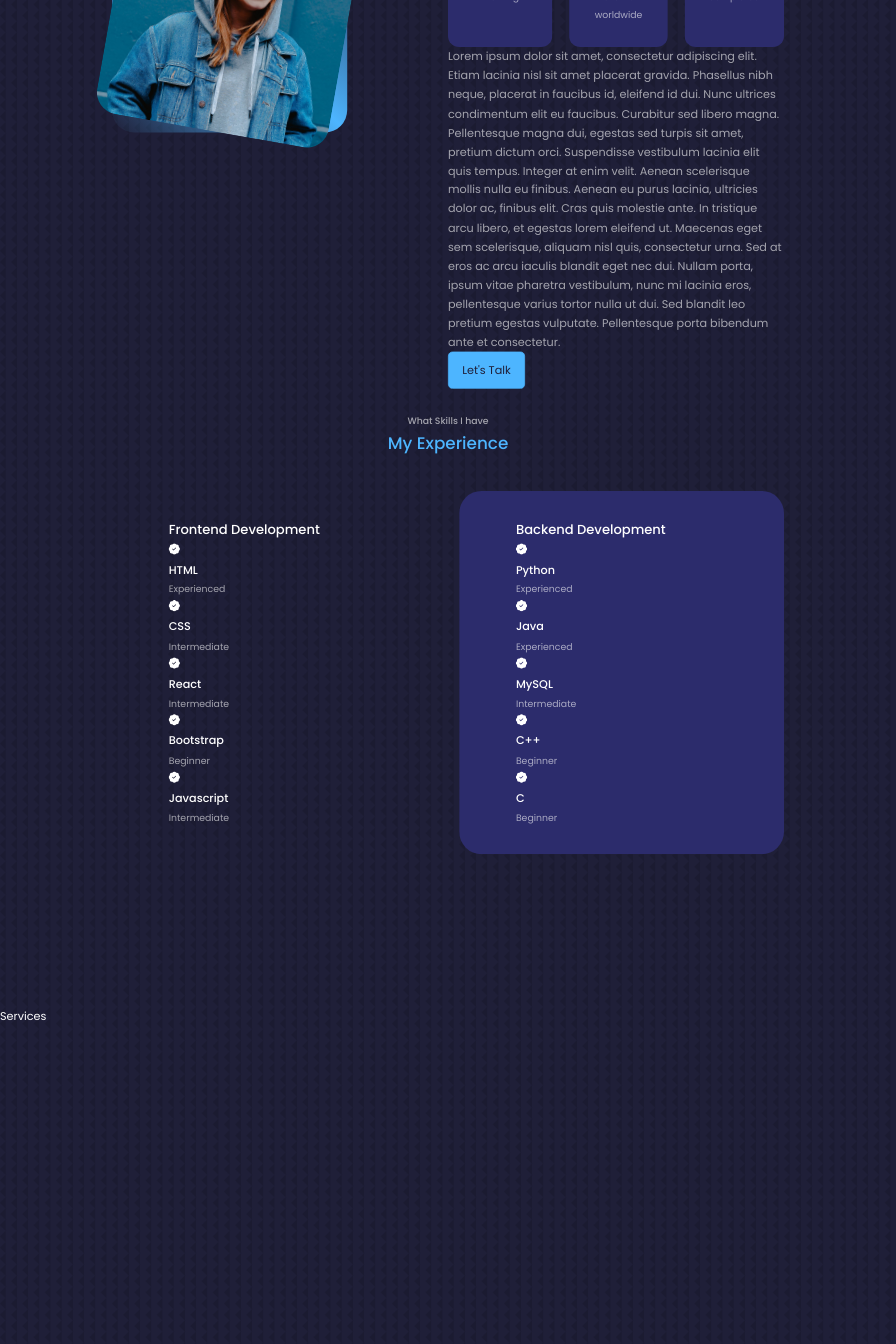
Repository: smallchungus/resumeWebsite
Page: / (app in hello/)
These files come from the project's save history. The page is drawn as it stood at one moment and after a run of saves; the edit follows.
The browser window is 1280 px wide. The pictures show the part of the page from y = 1106 to 3026 px (the page is 5835 px tall), at 70% of full size.
The pointer rests on the first visible `.experience_container > div`.
The project was rebuilt for these pictures with package versions that can differ from the ones it lists, and the page was loaded fresh each time. Also part of the build but not shown: hello/src/components/portfolio/portfolio.css, hello/src/components/contact/contact.css, hello/src/components/footer/footer.css. Imported but missing from the stored project, and not drawn on this page: hello/src/assets/cv.pdf.

Above is the page before, as saved 2023-03-23 19:05:04.

After the next 2 saves:
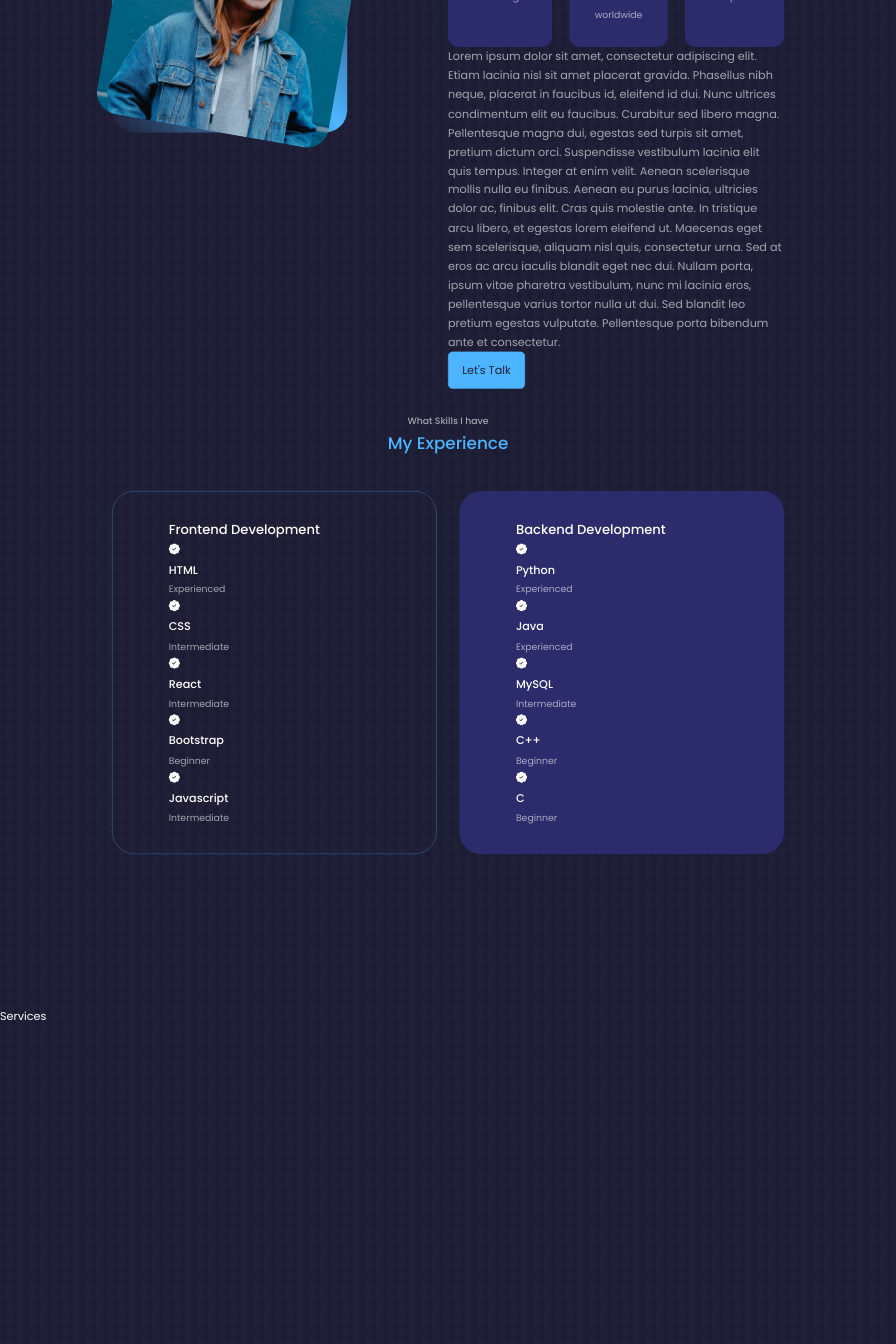
The 2 saves are shown as one change because they came seconds apart.
The last was saved 13 s later.
--- a/hello/src/components/experience/experience.css
+++ b/hello/src/components/experience/experience.css
@@ -14,5 +14,6 @@
 
 .experience_container > div:hover {
     background: transparent;
-    border-color:
+    border-color: var(--color-primary-variant);
+    cursor: default;
 }
